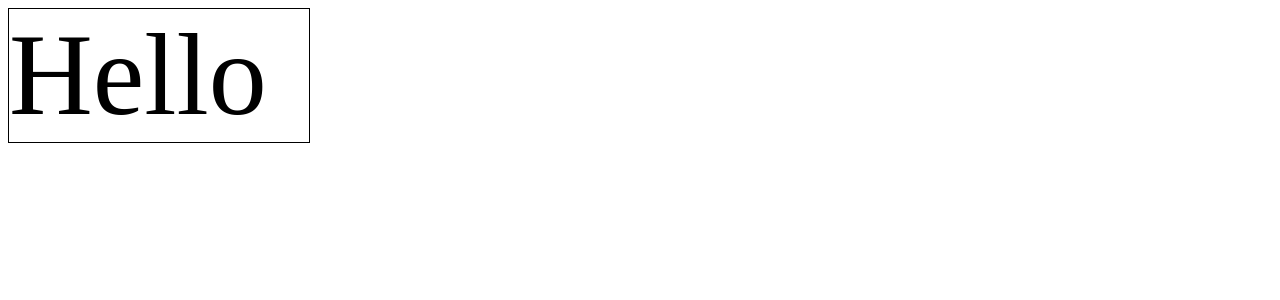
Repository: mrdizzy/node-casamiento
Page: public/wip/font_size.html
The author's editor kept a record of every edit. The page is drawn from the files as they stood at one moment, then again after the next edit.
The browser window is 1280 px wide. The pictures show the whole page.
Some web libraries are served in a nearby version.

Above is the page before.

### public/wip/font_size.html
<!doctype html>

<html>
<head>

<script src="https://ajax.googleapis.com/ajax/libs/jquery/1.8.2/jquery.min.js"></script>
<script src="https://cdnjs.cloudflare.com/ajax/libs/underscore.js/1.3.3/underscore-min.js"></script>
<style type="text/css">


</style>
</head>
<body>

<div id="container" style="width:300px;border:1px solid black;"><span id="text">Hello</span></div>

    <script>
        var container = $('#container').width();
        var text = $('#text').width();


        console.log(container, text, font_size)
       // while($('#text').width() < 150) {
       for(var i = 0; i < 100; i++) {
             var font_size = $('#text').css("font-size");
            font_size = parseInt(font_size)
            console.log($('#text').width())
            $('#text').css('font-size', (font_size + 1) + "px")
        }
    </script>
</body>

</html>

After the next edit:
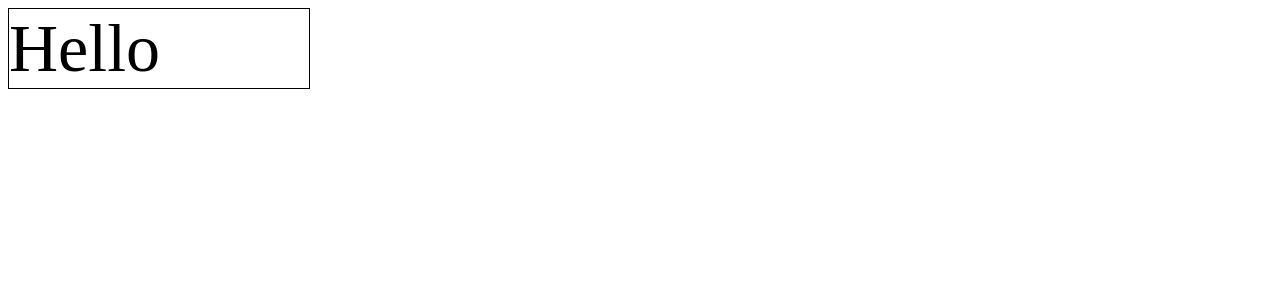
The edit:
--- a/public/wip/font_size.html
+++ b/public/wip/font_size.html
@@ -20,8 +20,7 @@
 
 
         console.log(container, text, font_size)
-       // while($('#text').width() < 150) {
-       for(var i = 0; i < 100; i++) {
+        while($('#text').width() < 150) {
              var font_size = $('#text').css("font-size");
             font_size = parseInt(font_size)
             console.log($('#text').width())
